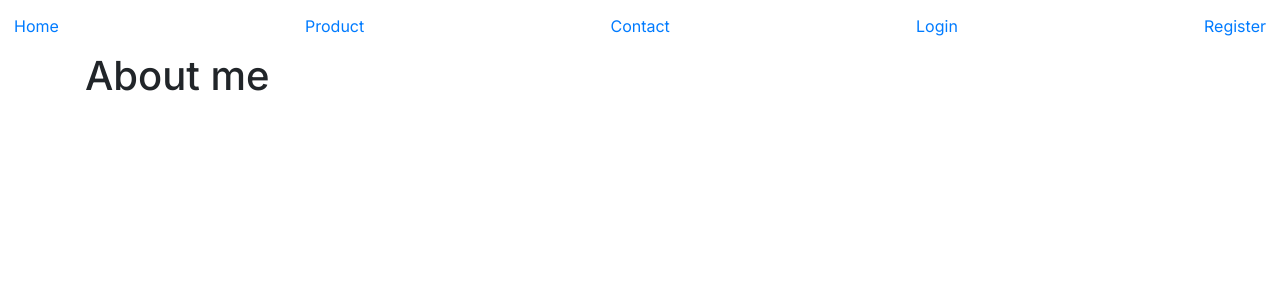
Repository: bao2222/hoc-lam-web
Page: About-me.html
An editor plug-in stored every save of this project. The page is shown before and after the next save, followed by the edit.
The browser window is 1280 px wide. The pictures show the whole page.
Some web fonts or font styles are not loaded; a fallback is used.

Above is the page before, as saved 2025-01-23 16:34:36.

After the next save:
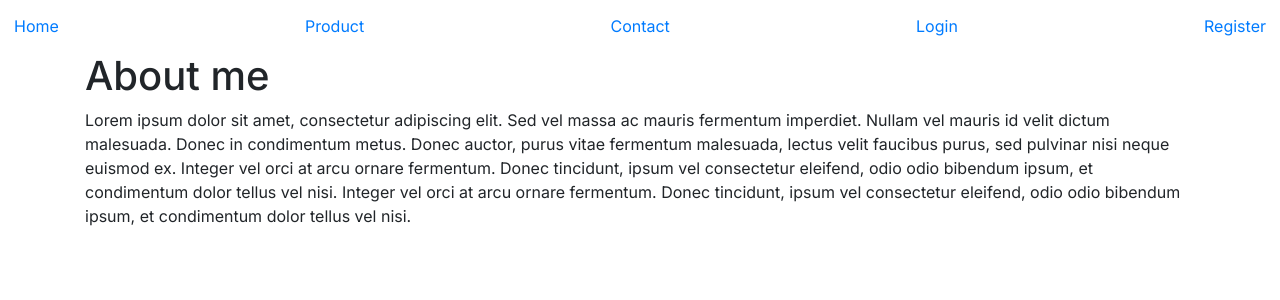
Saved 41 s later.
--- a/About-me.html
+++ b/About-me.html
@@ -49,9 +49,9 @@
         </header>
         <main>
             <div class="container">
-                <div class="row">
-                    <div class="col-sm-12">
-                        <h1>About me</h1>
+                <h1>About me</h1>
+                <p>Lorem ipsum dolor sit amet, consectetur adipiscing elit. Sed vel massa ac mauris fermentum imperdiet. Nullam vel mauris id velit dictum malesuada. Donec in condimentum metus. Donec auctor, purus vitae fermentum malesuada, lectus velit faucibus purus, sed pulvinar nisi neque euismod ex. Integer vel orci at arcu ornare fermentum. Donec tincidunt, ipsum vel consectetur eleifend, odio odio bibendum ipsum, et condimentum dolor tellus vel nisi. Integer vel orci at arcu ornare fermentum. Donec tincidunt, ipsum vel consectetur eleifend, odio odio bibendum ipsum, et condimentum dolor tellus vel nisi.</p>
+            </div>
         </main>
         <footer></footer>
 
